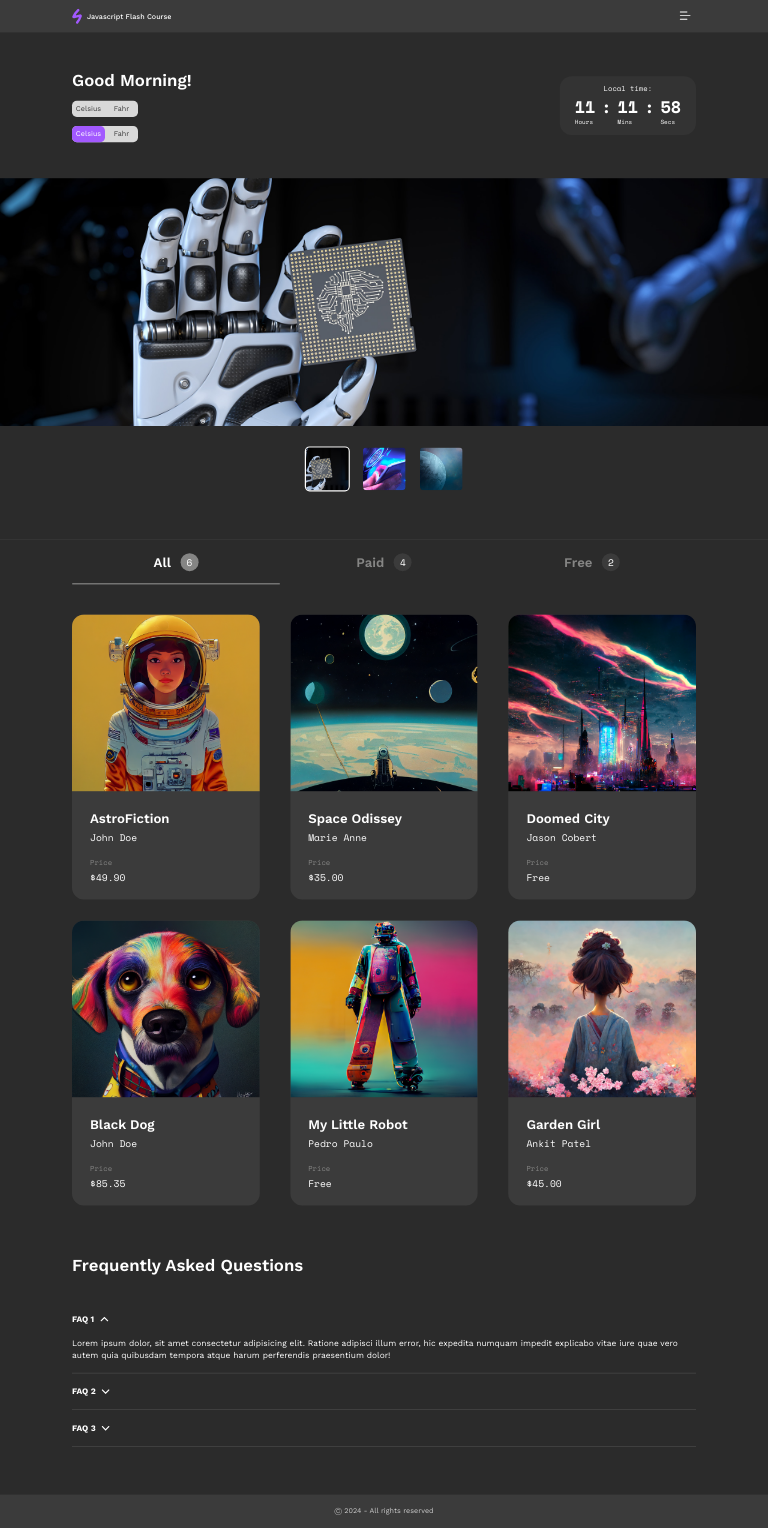
Repository: GettieSirma/JAVASCRIPT-TEST
Page: index.html
These files come from the project's save history. The page is drawn as it stood at one moment and after a run of saves; the edit follows.
The browser window is 1280 px wide. The pictures show the whole page, at 60% of full size.

Above is the page before, as saved 2024-04-26 10:57:57.

After the next 2 saves:
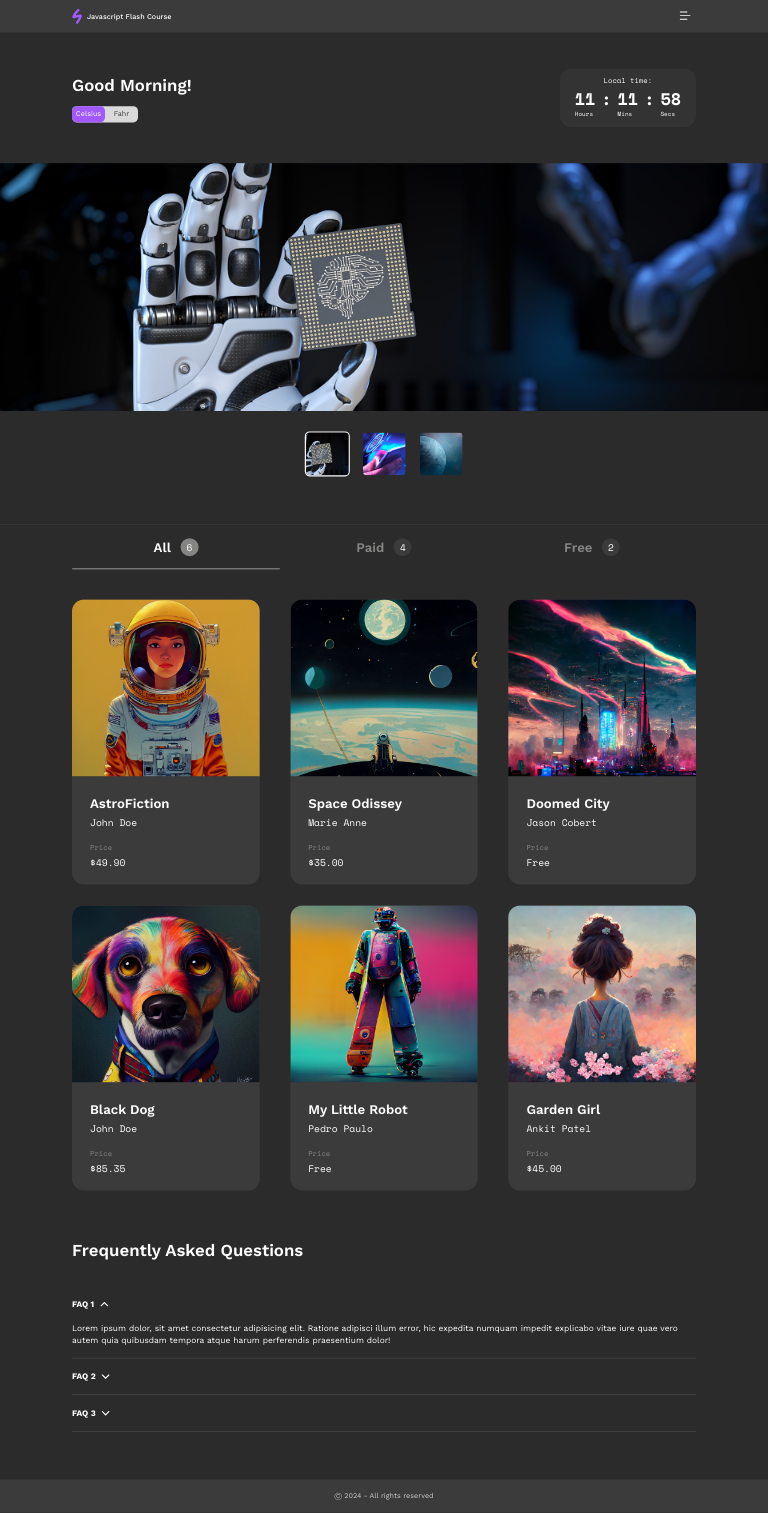
The 2 saves are shown as one change because they came seconds apart.
The last was saved 71 s later.
--- a/index.html
+++ b/index.html
@@ -110,14 +110,8 @@
         <section id="home" class="container greeting-section">
             <div class="left-side">
                 <h1 id="greeting">Good Afternoon!</h1>
+
                 <div id="weather"></div>
-
-                <div class="weather-group">
-                    <input type="radio" checked="true" id="celsius" name="temperature" />
-                    <label for="celsius">Celsius</label>
-                    <input type="radio" id="fahr" name="temperature" />
-                    <label for="fahr">Fahr</label>
-                </div>
                 <div class="weather-group">
                     <input type="radio" checked="true" id="celsius" name="temperature" />
                     <label for="celsius">Celsius</label>
